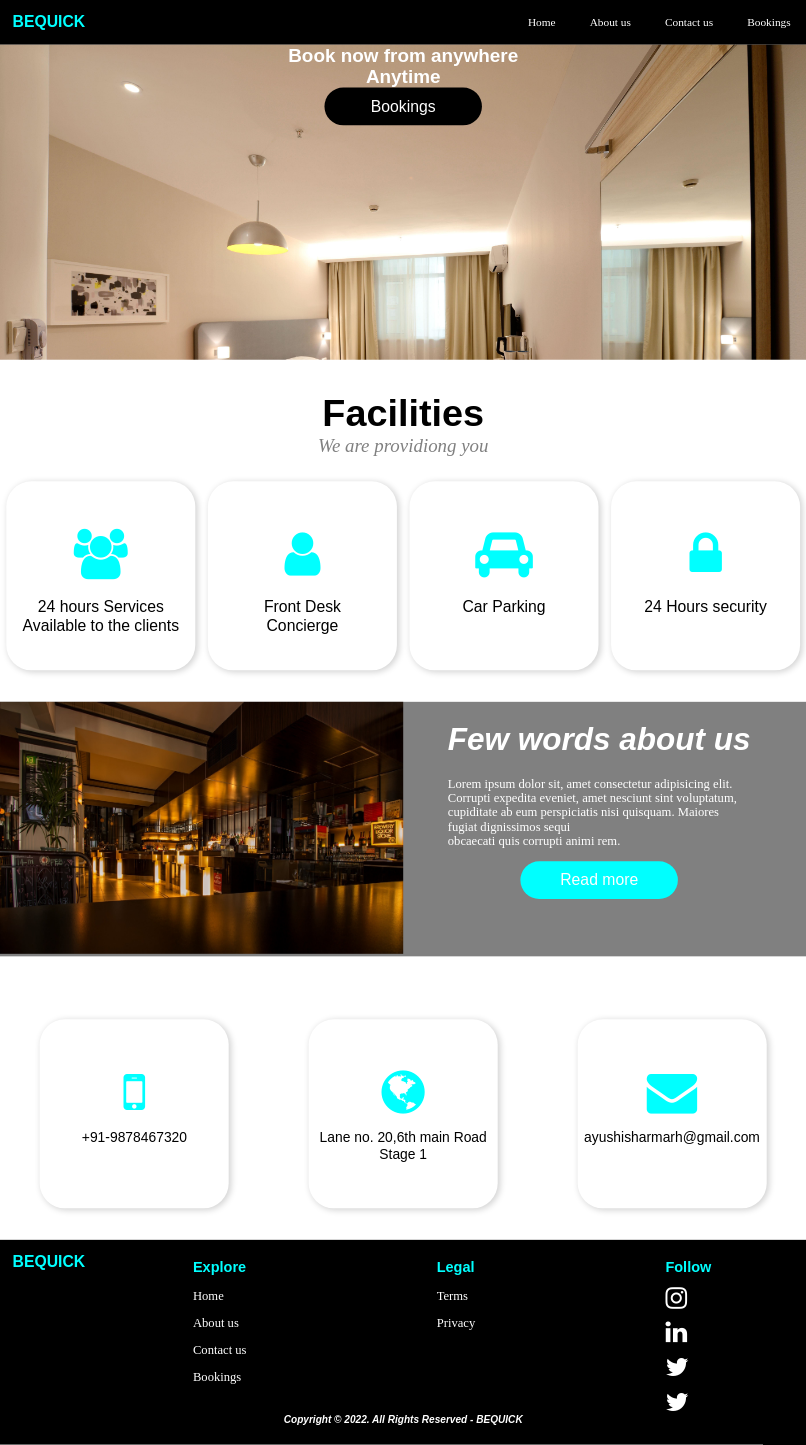
Repository: Ayushi6Sharma/BEQUICK_Hotel_Booking_Web
Page: index.html
The author's editor kept a copy of each file at every save. The page is drawn from the files as they stood at one save, then again after the next save.
The browser window is 1280 px wide. The pictures show the whole page, at 63% of full size.

Above is the page before, as saved 2022-05-10 02:34:54.

After the next save:
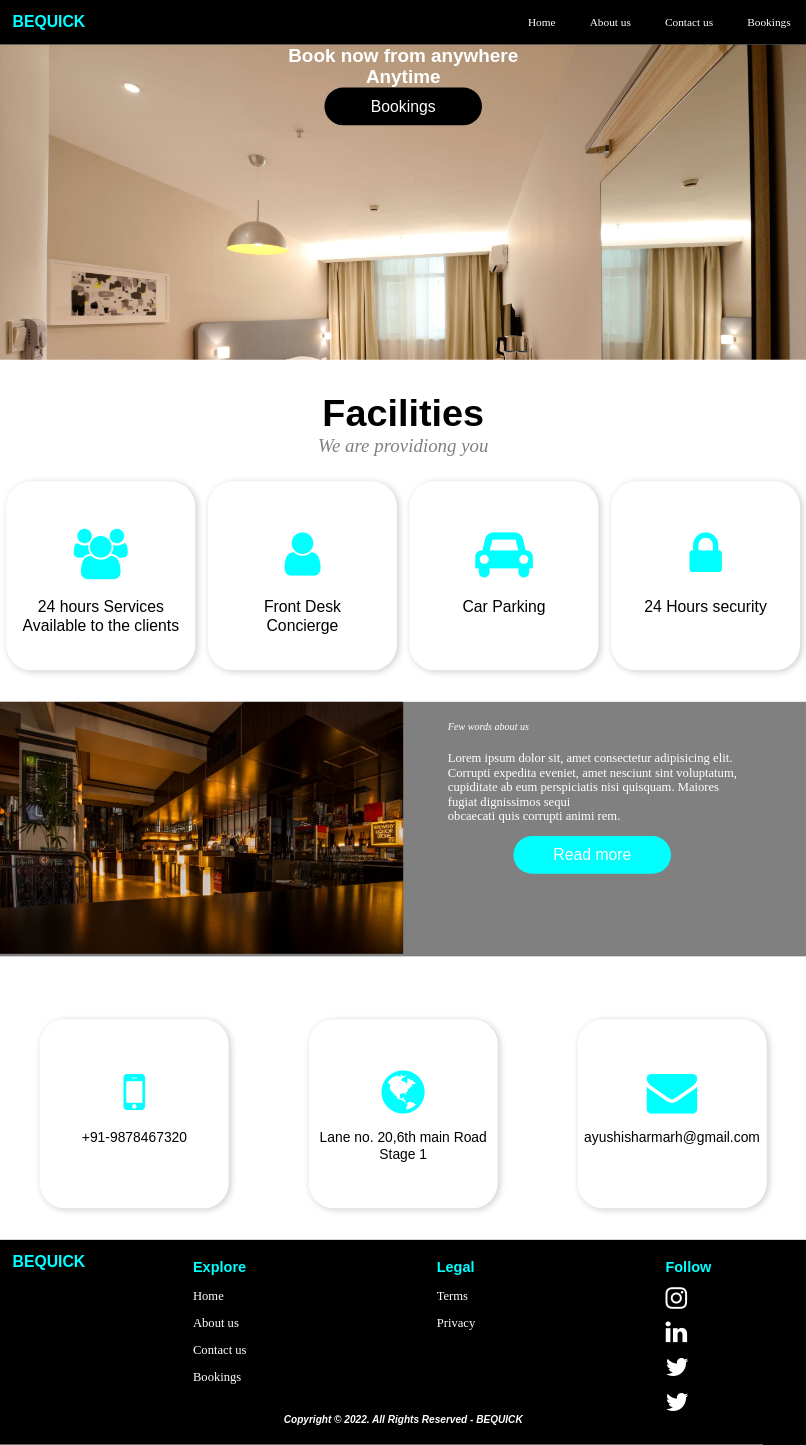
Saved 31 s later.
--- a/style/style.css
+++ b/style/style.css
@@ -112,8 +112,7 @@
 }
 .facilities-content
 {   margin-top: 30px;
-    font-size: 25px;
-    font-family:sans-serif;
+    font: 25px sans-serif;
 }
 /* section 3 */
 .about{
@@ -129,9 +128,7 @@
 }
 .about-content-1
 {
-    font-size: 50px;
-    font-weight: bold;
-    font-family: sans-serif;
+
     color: white;
     font-style: italic;
     margin-top: 30px;

After the save that followed:
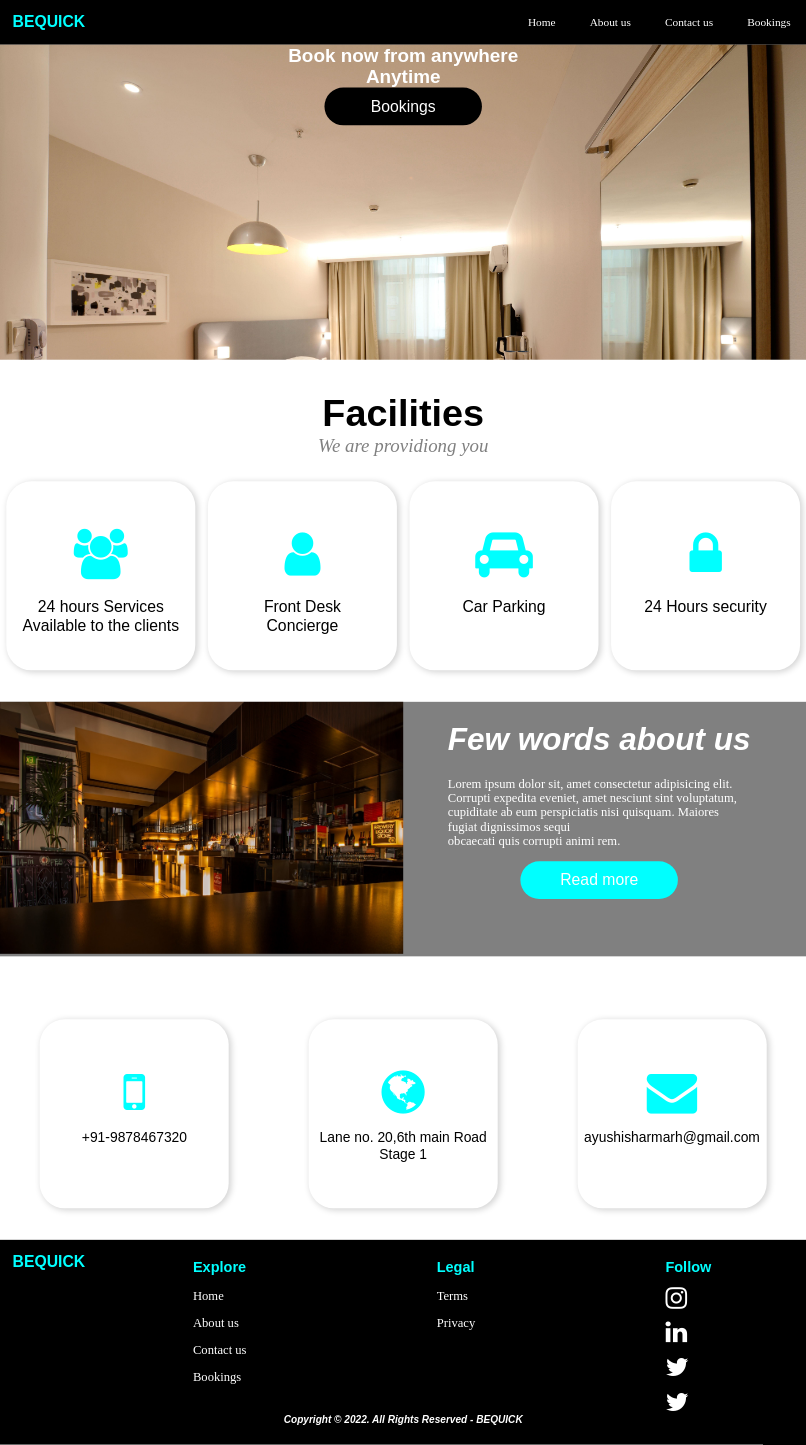
Saved 19 s later.
--- a/style/style.css
+++ b/style/style.css
@@ -128,7 +128,7 @@
 }
 .about-content-1
 {
-
+    font:bold 50px sans-serif;
     color: white;
     font-style: italic;
     margin-top: 30px;
